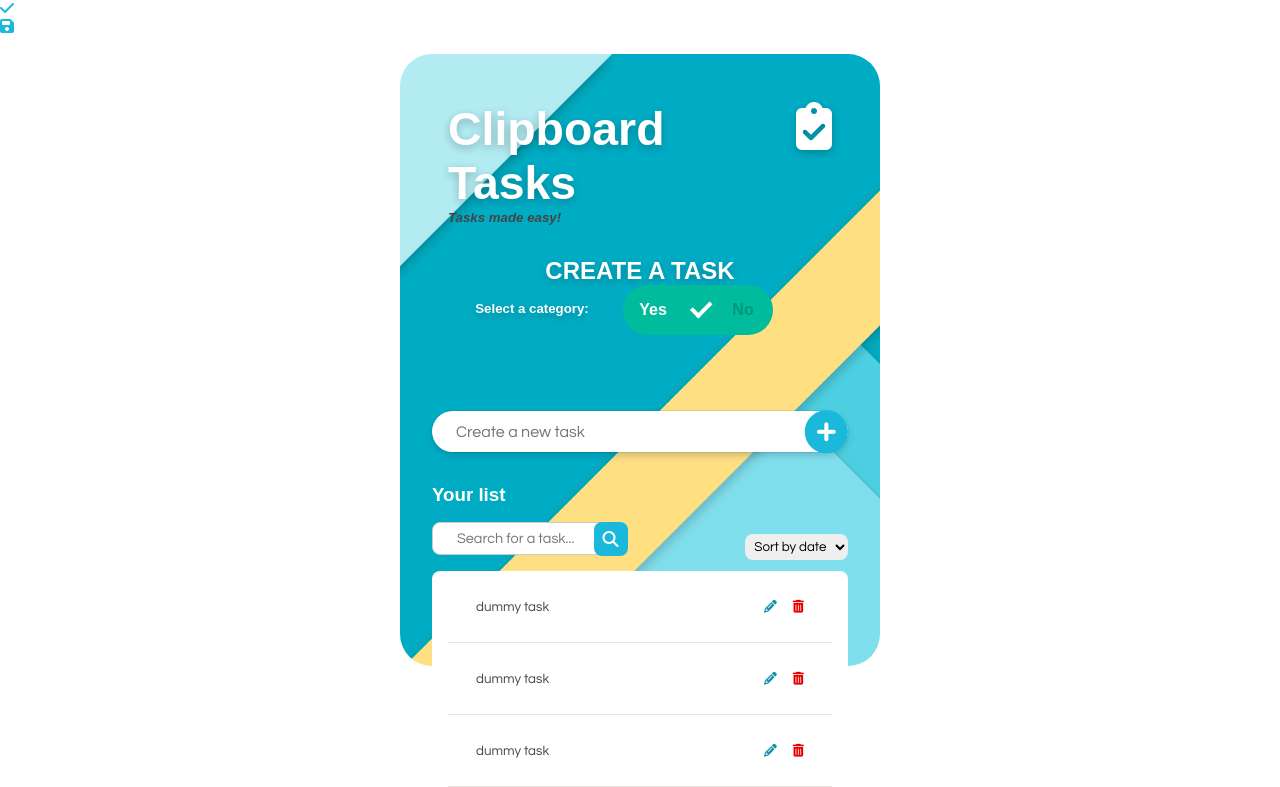
Repository: WesleyErasmus/Todo-App
Page: todoApp.html
These files come from the project's save history. The page is drawn as it stood at one moment and after the next save; the edit follows.
The browser window is 1280 px wide. The pictures show the whole page.
Some web fonts or font styles are not loaded; a fallback is used. Some web libraries are served in a nearby version.

Above is the page before, as saved 2022-06-12 17:05:23.

After the next save:
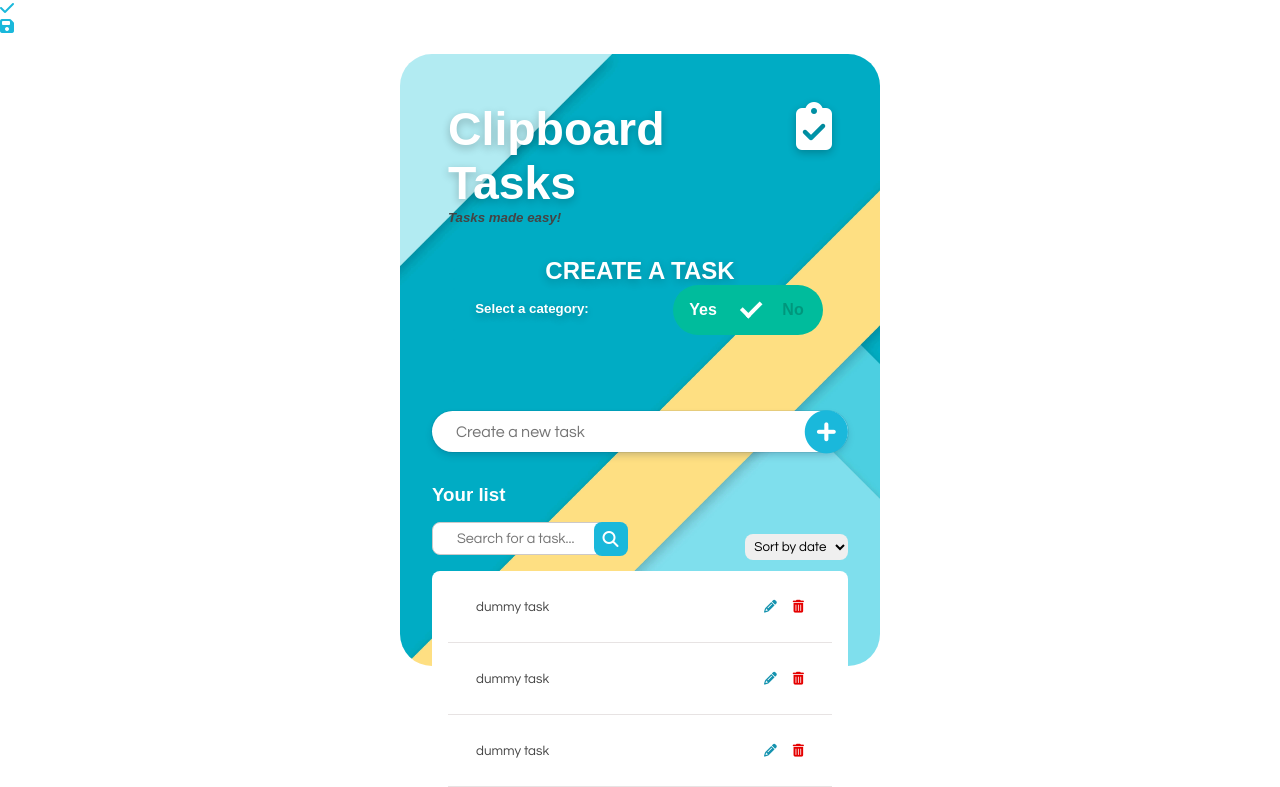
Saved 30 s later.
--- a/source/css/todoApp.css
+++ b/source/css/todoApp.css
@@ -346,7 +346,7 @@ option {
 }
 
 .toggle-radio {
-    left: -25%;
+    /* left: -25%; */
     /* top: 20px; */
     position: relative;
 }
